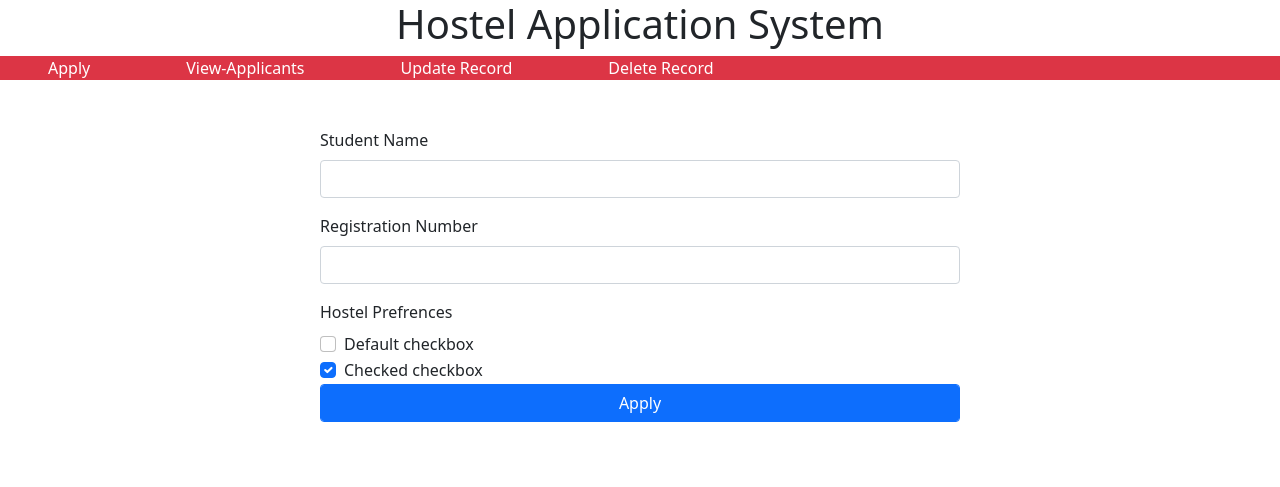
Repository: SaudCh/lab-final
Page: /hostelApplicants
The author's editor kept a copy of each file at every save. The page is drawn from the files as they stood at one save, then again after the next save.
The browser window is 1280 px wide. The pictures show the whole page.
The project was rebuilt for these pictures with package versions that can differ from the ones it lists, and the page was loaded fresh each time. Also part of the build but not shown: src/components/ViewApplicant.jsx, src/components/UpdateRecord.jsx, src/components/DeleteRecord.jsx.

Above is the page before, as saved 2022-01-01 13:27:03.

After the next save:
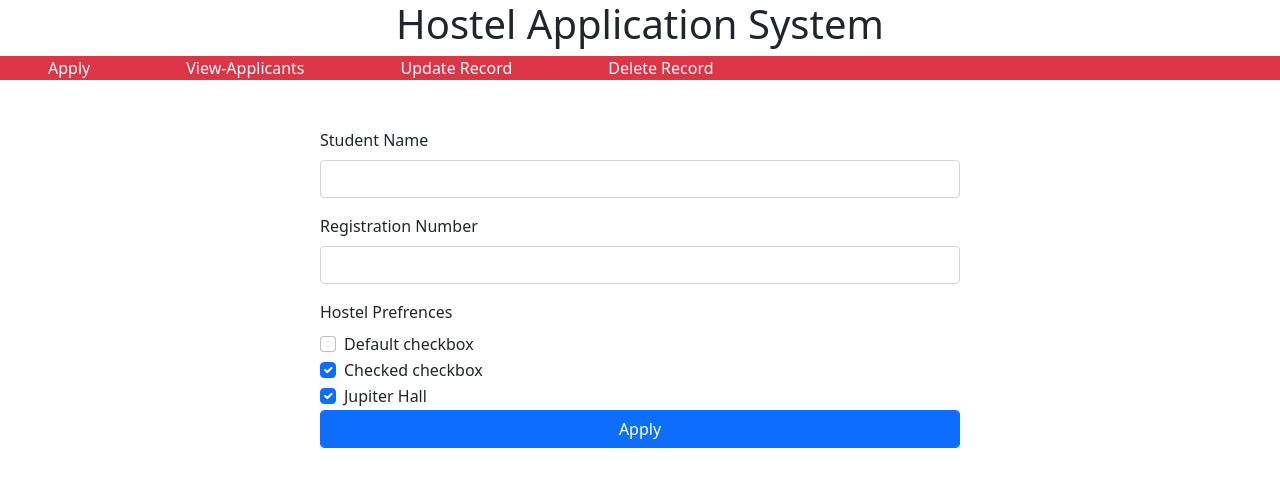
Saved 75 s later.
--- a/src/components/AddApplicant.jsx
+++ b/src/components/AddApplicant.jsx
@@ -68,6 +68,18 @@ const AddApplicant = () => {
             Checked checkbox
           </label>
         </div>
+        <div class="form-check">
+          <input
+            class="form-check-input"
+            type="checkbox"
+            value=""
+            id="flexCheckChecked"
+            checked
+          />
+          <label class="form-check-label" for="flexCheckChecked">
+            Jupiter Hall
+          </label>
+        </div>
 
         <button
           className="btn btn-primary form-control"
